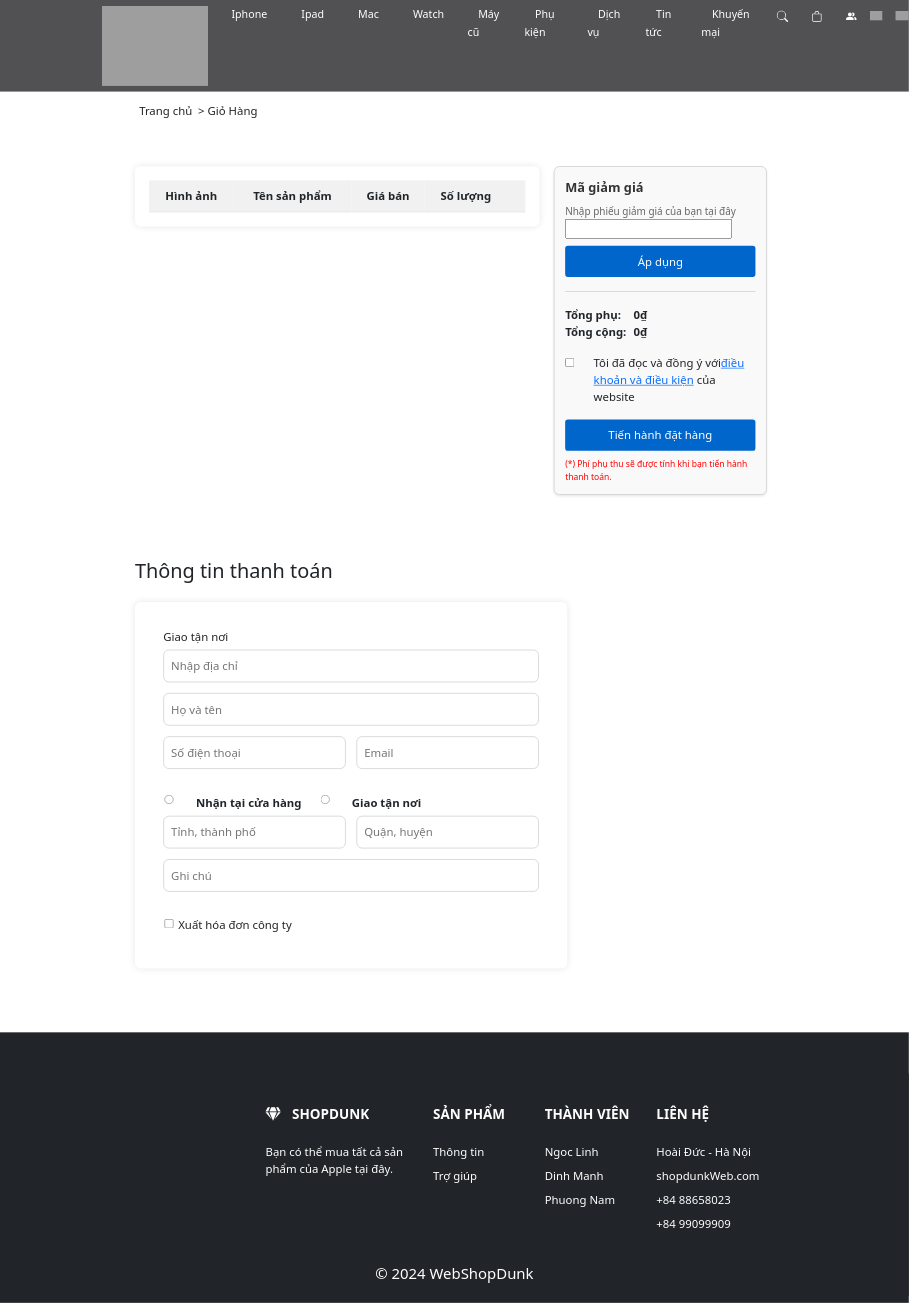
Repository: 20092004nam2k4/FE-ShopDunk
Page: /cart
An editor plug-in stored every save of this project. The page is shown before and after the next save, followed by the edit.
The browser window is 1280 px wide. The pictures show the whole page, at 71% of full size.
Pictures or frames that could not be fetched are drawn as grey boxes. The page's requests for data from a server got no answer. The project was rebuilt for these pictures with package versions that can differ from the ones it lists, and the page was loaded fresh each time. No one was signed in, and anything a server would have sent is missing. Also part of the build but not shown: src/component/common/SlideImage.css, src/component/common/SlideImage.js, src/component/product/ProductList.js, src/component/product/ProductDetail.css, src/component/product/ProductDetail.js, src/component/user/LoginUser.js, src/component/user/UserProfile.js, src/component/user/RegistrationForm.css and 2 more.

Above is the page before, as saved 2024-06-25 16:35:59.

After the next save:
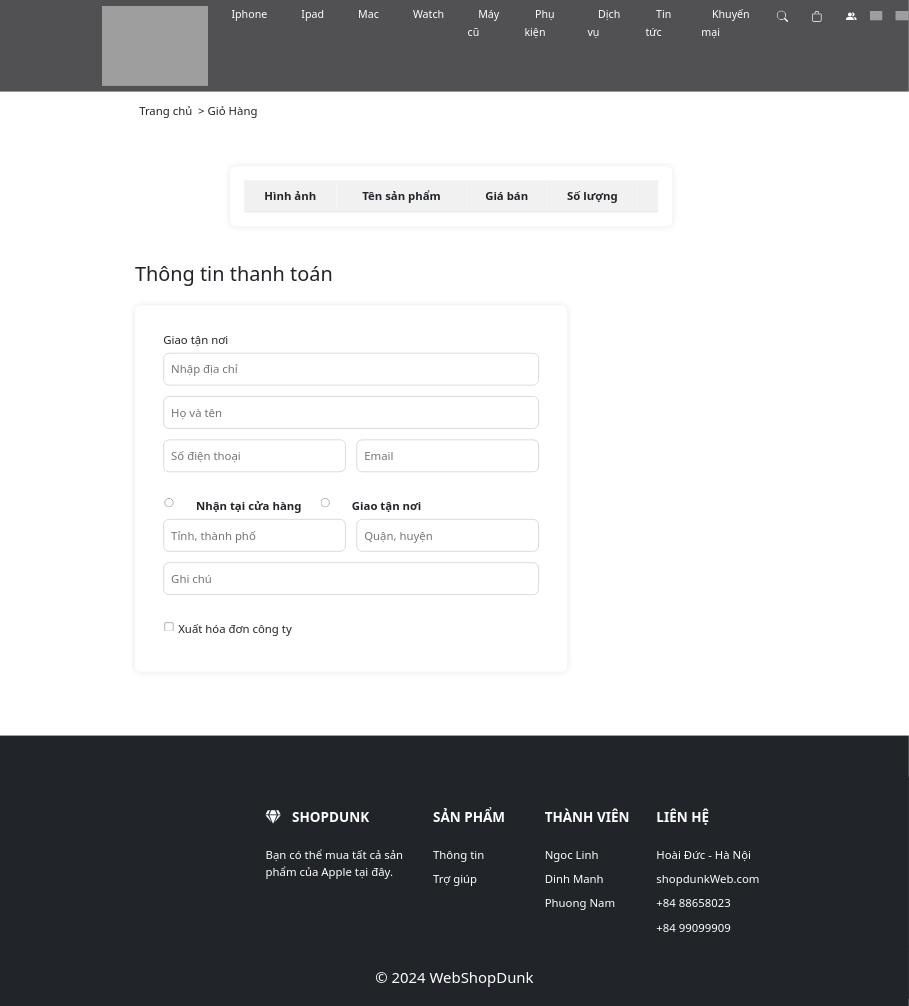
Saved 18 s later.
--- a/src/component/cart/CartPage.js
+++ b/src/component/cart/CartPage.js
@@ -144,7 +144,7 @@
               </table>
             </div>
           </div>
-          <div className="deals">
+          {/* <div className="deals">
             <div className="coupon-box">
               <div className="title">
                 <strong>Mã giảm giá</strong>
@@ -244,7 +244,7 @@
                 <div className="addon-buttons"></div>
               </div>
             </div>
-          </div>
+          </div> */}
         </div>
       </div>
 
